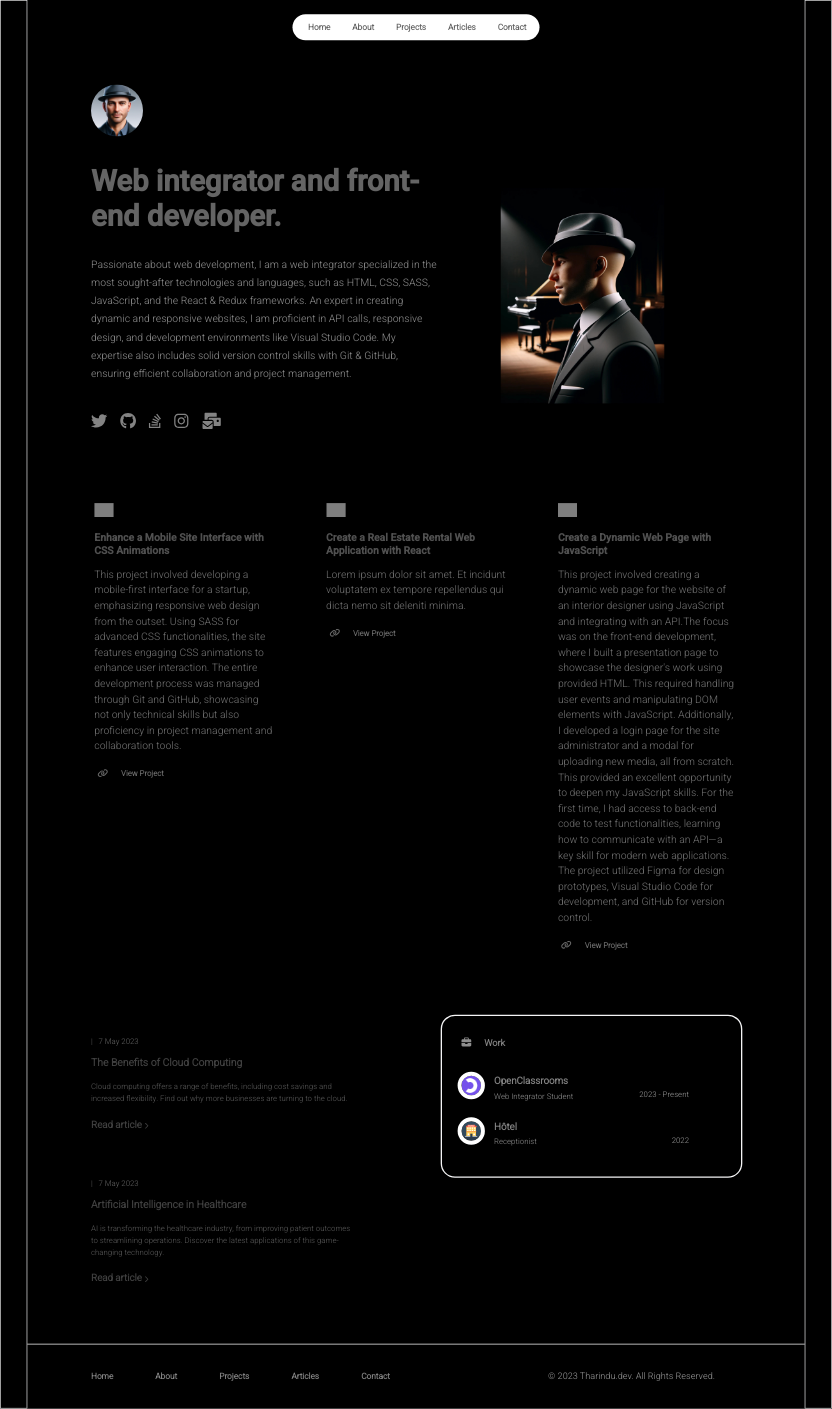
Repository: Dimple3377/reactfolio-master
Page: /
The author's editor kept a copy of each file at every save. The page is drawn from the files as they stood at one save, then again after a run of saves.
The browser window is 1280 px wide. The pictures show the whole page, at 65% of full size.
Pictures or frames that could not be fetched are drawn as grey boxes. The project was rebuilt for these pictures with package versions that can differ from the ones it lists, and the page was loaded fresh each time. Also part of the build but not shown: src/components/about/socials.jsx, src/pages/styles/about.css, src/pages/about.jsx, src/pages/styles/projects.css, src/pages/projects.jsx, src/components/articles/article.jsx, src/pages/styles/articles.css, src/pages/articles.jsx and 5 more.

Above is the page before, as saved 2024-04-25 03:48:32.

### src/data/styles.css
:root {
	/* ------- colors ------- */
	--primary-color: #646464;
	--secondary-color: #838383;
	--tertiary-color: #8d8d8d;
	--quaternary-color: #bbbbbb;
	--link-color: #646464;
	/* ---------------------- */

	/* ------- fonts ------- */
	--primary-font: "Heebo", sans-serif;
	--secondary-font: "Roboto", sans-serif;
	/* --------------------- */
}

### src/app.css
@import "/src/data/styles.css";

::-webkit-scrollbar {
	width: 10px;
}

::-webkit-scrollbar-track {
	background-color: #f1f1f1;
}

::-webkit-scrollbar-thumb {
	background-color: #383636;
	border-radius: 5px;
}

::-webkit-scrollbar-thumb:hover {
	background-color: rgb(0, 0, 0);
}

.page-content {
	background-color: black;
	position: relative;
}

.page-content:before,
.page-content:after {
	content: "";
	position: absolute;
	top: 0;
	bottom: 0;
	width: calc((100% - 1200px) / 2);
	background-color: black;
	border: 1px solid #f4f4f5;
}

.page-content:before {
	left: 0;
	z-index: 1;
}

.page-content:after {
	right: 0;
	z-index: 1;
}

.content-wrapper {
	max-width: 1000px;
	margin: 0 auto;
}

.title {
	color: var(--primary-color);
	font-family: var(--secondary-font);
	font-size: 45px;
	font-weight: 700;
	width: 70%;
}

.subtitle {
	padding-top: 10px;
	color: var(--secondary-color);
	font-size: 16px;
	line-height: 28px;
	width: 70%;
	margin-top: 25px;
}

.page-footer {
	position: block;
}

.page-footer::before {
	content: "";
	position: absolute;
	left: 0;
	right: 0;
	border-top: 2px solid var(--tertiary-color);
}

@media (max-width: 1270px) {
	.page-content:before,
	.page-content:after {
		width: calc((100% - 90%) / 2);
	}

	.content-wrapper {
		max-width: 90%;
		padding-left: 10%;
		padding-right: 10%;
	}
}

@media (max-width: 1024px) {
	.page-content:before,
	.page-content:after {
		width: calc((100% - 950px) / 2);
	}

	.content-wrapper {
		max-width: 980px;
	}
}

@media (max-width: 800px) {
	.content-wrapper {
		max-width: 90%;
		margin: 0 auto;
		padding: 0 10px;
	}

	.page-content:before,
	.page-content:after {
		display: none;
	}

	.title {
		width: 100%;
	}

	.subtitle {
		width: 100%;
	}
}

### src/components/common/footer.jsx
import React from "react";
import { Link } from "react-router-dom";

import "./styles/footer.css";

const Footer = () => {
	return (
		<React.Fragment>
			<div className="footer">
				<div className="footer-links">
					<ul className="footer-nav-link-list">
						<li className="footer-nav-link-item">
							<Link to="/">Home</Link>
						</li>
						<li className="footer-nav-link-item">
							<Link to="/about">About</Link>
						</li>
						<li className="footer-nav-link-item">
							<Link to="/projects">Projects</Link>
						</li>
						<li className="footer-nav-link-item">
							<Link to="/articles">Articles</Link>
						</li>
						<li className="footer-nav-link-item">
							<Link to="/contact">Contact</Link>
						</li>
					</ul>
				</div>

				<div className="footer-credits">
					<div className="footer-credits-text">
						© 2023 Tharindu.dev. All Rights Reserved.
					</div>
				</div>
			</div>
		</React.Fragment>
	);
};

export default Footer;

### src/components/common/navBar.jsx
import React from "react";
import { Link } from "react-router-dom";

import "./styles/navBar.css";

const NavBar = (props) => {
	const { active } = props;

	return (
		<React.Fragment>
			<div className="nav-container">
				<nav className="navbar">
					<div className="nav-background">
						<ul className="nav-list">
							<li
								className={
									active === "home"
										? "nav-item active"
										: "nav-item"
								}
							>
								<Link to="/">Home</Link>
							</li>
							<li
								className={
									active === "about"
										? "nav-item active"
										: "nav-item"
								}
							>
								<Link to="/about">About</Link>
							</li>
							<li
								className={
									active === "projects"
										? "nav-item active"
										: "nav-item"
								}
							>
								<Link to="/projects">Projects</Link>
							</li>
							<li
								className={
									active === "articles"
										? "nav-item active"
										: "nav-item"
								}
							>
								<Link to="/articles">Articles</Link>
							</li>
							<li
								className={
									active === "contact"
										? "nav-item active"
										: "nav-item"
								}
							>
								<Link to="/contact">Contact</Link>
							</li>
						</ul>
					</div>
				</nav>
			</div>
		</React.Fragment>
	);
};

export default NavBar;

### src/components/homepage/article.jsx
import React from "react";
import { Link } from "react-router-dom";

import { FontAwesomeIcon } from "@fortawesome/react-fontawesome";
import { faChevronRight } from "@fortawesome/free-solid-svg-icons";

import "./styles/article.css";

const Article = (props) => {
	const { title, description, date, link } = props;

	return (
		<React.Fragment>
			<div className="homepage-article">
				<div className="homepage-article-content">
					<div className="homepage-article-date">
						|&nbsp;&nbsp;&nbsp;{date}
					</div>
					<div className="homepage-article-title">{title}</div>
					<div className="homepage-article-description">
						{description}
					</div>
					<div className="homepage-article-link">
						<Link to={link}>
							Read article{" "}
							<FontAwesomeIcon
								style={{ fontSize: "10px" }}
								icon={faChevronRight}
							/>
						</Link>
					</div>
				</div>
			</div>
		</React.Fragment>
	);
};

export default Article;

### src/components/homepage/works.jsx
import React from "react";
import { faBriefcase } from "@fortawesome/free-solid-svg-icons";

import Card from "../common/card";

import "./styles/works.css";

const Works = () => {
	return (
		<div className="works">
			<Card
				icon={faBriefcase}
				title="Work"
				body={
					<div className="works-body">
						<div className="work">
							<img
								src="./OpenClassrooms.png"
								alt="OpenClassrooms"
								className="work-image"
							/>
							<div className="work-title">OpenClassrooms</div>
							<div className="work-subtitle">
								Web Integrator Student
							</div>
							<div className="work-duration">2023 - Present</div>
						</div>

						<div className="work">
							<img
								src="./hotel.png"
								alt="hotel"
								className="work-image"
							/>
							<div className="work-title">Hôtel</div>
							<div className="work-subtitle">Receptionist</div>
							<div className="work-duration">2022</div>
						</div>
					</div>
				}
			/>
		</div>
	);
};

export default Works;

### src/data/user.js
const INFO = {
	main: {
		title: "Portfolio by Dimple",
		name: "Joffrey",
		email: "joffran712@gmail.com",
		logo: "../logo.png",
	},

	socials: {
		twitter: "https://twitter.com/",
		github: "https://github.com/",
		linkedin: "https://linkedin.com/",
		instagram: "https://instagram.com/",
		stackoverflow: "https://stackoverflow.com/",
		facebook: "https://facebook.com/",
	},

	homepage: {
		title: "Web integrator  and front-end developer.",
		description:
			"Passionate about web development, I am a web integrator specialized in the most sought-after technologies and languages, such as HTML, CSS, SASS, JavaScript, and the React & Redux frameworks. An expert in creating dynamic and responsive websites, I am proficient in API calls, responsive design, and development environments like Visual Studio Code. My expertise also includes solid version control skills with Git & GitHub, ensuring efficient collaboration and project management.",
	},

	about: {
		title: "I’m Joffrey I live in Paris, where I design the future.",
		description:
			"Having recently completed my developer training, I've already engaged in various projects that I'm truly proud of. Many of these projects are open-source, offering an opportunity for others to explore, contribute, and enhance. If you're interested in my work, I encourage you to review the code and share any suggestions for improvement. I'm eager to collaborate and learn from feedback, as I believe it's a fantastic way to grow and refine my skills.",
	},

	articles: {
		title: "I'm passionate about pushing the boundaries of what's possible and inspiring the next generation of innovators.",
		description:
			"A chronological compilation of my detailed reflections on programming, leadership, product design, and beyond.",
	},

	projects: [
		{
			title: "Enhance a Mobile Site Interface with CSS Animations",
			description:
				"This project involved developing a mobile-first interface for a startup, emphasizing responsive web design from the outset. Using SASS for advanced CSS functionalities, the site features engaging CSS animations to enhance user interaction. The entire development process was managed through Git and GitHub, showcasing not only technical skills but also proficiency in project management and collaboration tools.",
			logo: "https://cdn.jsdelivr.net/npm/programming-languages-logos/src/html/html.png",
			linkText: "View Project",
			link: "https://dimple3377.github.io/OC-ohmyfood-project-4/",
		},
		{
			title: "Create a Real Estate Rental Web Application with React",
			description:
				"Lorem ipsum dolor sit amet. Et incidunt voluptatem ex tempore repellendus qui dicta nemo sit deleniti minima.",
			logo: "https://cdn.jsdelivr.net/npm/programming-languages-logos/src/javascript/javascript.png",
			linkText: "View Project",
			link: "https://github.com",
		},
		{
			title: "Create a Dynamic Web Page with JavaScript",
			description:
				"This project involved creating a dynamic web page for the website of an interior designer using JavaScript and integrating with an API.The focus was on the front-end development, where I built a presentation page to showcase the designer's work using provided HTML. This required handling user events and manipulating DOM elements with JavaScript. Additionally, I developed a login page for the site administrator and a modal for uploading new media, all from scratch. This provided an excellent opportunity to deepen my JavaScript skills. For the first time, I had access to back-end code to test functionalities, learning how to communicate with an API—a key skill for modern web applications. The project utilized Figma for design prototypes, Visual Studio Code for development, and GitHub for version control.",
			logo: "https://cdn.jsdelivr.net/npm/programming-languages-logos/src/javascript/javascript.png",
			linkText: "View Project",
			link: "https://github.com/Dimple3377/Portfolio-architecte-sophie-bluel-master",
		},
	],
};

export default INFO;

### src/pages/styles/homepage.css
@import "../../data/styles.css";

.homepage-logo-container {
	display: flex;
	justify-content: left;
	align-items: center;
	padding-top: 130px;
}

.homepage-container {
	padding-top: 25px;
}

.homepage-first-area {
	display: flex;
	justify-content: space-between;
	align-items: center;
}

.homepage-first-area-left-side {
	display: flex;
	flex-direction: column;
	align-items: flex-start;
}

.homepage-title {
	width: 85% !important;
}

.homepage-subtitle {
	width: 85% !important;
}

.homepage-first-area-right-side {
	display: flex;
	align-items: center;
}

.homepage-image-container {
	width: 370px;
	height: 370px;
}

.homepage-image-wrapper {
	overflow: hidden;
	border-radius: 10%;
}

.homepage-image-wrapper img {
	width: 68%;
}

.homepage-socials {
	display: flex;
	justify-content: left;
	align-items: center;
	padding-top: 30px;
}

.homepage-social-icon {
	padding-right: 20px;
	font-size: 25px;
	transition: color 0.2s ease-in-out;
	color: var(--secondary-color);
}

.homepage-social-icon:hover {
	color: var(--primary-color);
}

.homepage-after-title {
	display: flex;
}

.homepage-projects {
	flex-basis: 300px;
	padding-top: 40px;
}

.homepage-articles {
	flex-basis: 900px;
	padding-top: 30px;
	margin-left: -30px;
}

.homepage-article {
	padding-bottom: 5px;
}

.homepage-works {
	flex-basis: 600px;
	padding-top: 30px;
}

@media (max-width: 1024px) {
	.homepage-first-area {
		flex-direction: column;
	}

	.homepage-first-area-left-side {
		display: flex;
		flex-direction: column; /* Changed: set direction to column */
		align-items: flex-start;
		width: 100%;
		order: 2;
	}

	.homepage-title {
		width: 100% !important;
		margin-top: 20px;
		order: 2;
	}

	.homepage-subtitle {
		width: 100% !important;
		margin-top: 10px;
		order: 3;
	}

	.homepage-first-area-right-side {
		width: 100%;
		order: 1;
	}

	.homepage-image-container {
		padding-top: 50px;
		padding-bottom: 50px;
		margin-left: 10px;
		order: 1;
	}

	.homepage-after-title {
		flex-direction: column;
	}

	.homepage-projects {
		flex-basis: auto;
	}

	.homepage-articles {
		flex-basis: auto;
	}

	.homepage-works {
		flex-basis: auto;
		margin-left: -25px;
		margin-right: -25px;
	}
}

### src/pages/styles/readArticle.css
@import "../../data/styles.css";

.read-article-logo-container {
	display: flex;
	justify-content: left;
	padding-top: 25px;
}

.read-article-logo {
	display: flex;
	position: fixed;
	border: 1px solid white;
	border-radius: 50%;
	box-shadow: 0px 4px 10px rgba(0, 0, 0, 0.25);
	top: 4vh;
}

.read-article-container {
	display: flex;
	height: 100%;
	margin: 0;
	padding-top: 120px;
}

.read-article-back {
	padding-top: 68px;
	padding-right: 50px;
	width: 40px;
	height: 40px;
}

.read-article-back-button {
	width: 50px;
	border-radius: 50%;
	box-shadow: 0px 4px 10px rgba(0, 0, 0, 0.25);
}

.read-article-wrapper {
	width: 80%;
	padding-top: 30px;
}

.read-article-date-container {
	border-left: 2px solid var(--quaternary-color);
	color: var(--tertiary-color);
	font-size: 16 px;
	align-items: center;
	height: 22px;
}

.read-article-date {
	font-family: var(--primary-font);
	padding-left: 15px;
}

.read-article-title {
	padding-top: 50px;
	padding-bottom: 50px;
	width: 100% !important;
}

.read-article-body {
	padding-bottom: 50px;
	font-size: 16px;
	line-height: 30px;
	font-family: system-ui;
	color: #52525b;
}

### src/components/common/styles/footer.css
@import "../../../data/styles.css";

.footer {
	display: flex;
	padding-top: 25px;
	margin-top: 50px;
	padding-bottom: 25px;
	align-items: center;
}

.footer-links,
.footer-credits {
	flex-basis: 50%;
}

.footer-links {
	margin-left: -40px;
}

.footer-nav-link-list {
	display: flex;
	list-style: none;
	justify-content: space-between;
	align-items: center;
}

.footer-nav-link-item {
	font-weight: bold;
	font-size: 80%;
}

.footer-nav-link-list a {
	text-decoration: none;
	color: var(--secondary-color);
}

.footer-nav-link-list a:hover {
	color: var(--link-color);
}

.footer-credits-text {
	justify-content: flex-end;
	color: var(--tertiary-color);
	font-size: 14px;
	text-align: right;
}

@media (max-width: 600px) {
	.footer {
		flex-direction: column;
		height: 85px;
	}

	.footer-links {
		display: flex;
		width: 100%;
		justify-content: center;
	}

	.footer-nav-link-list {
		width: 100%;
	}
}

### src/components/common/styles/navBar.css
@import "../../../data/styles.css";

.nav-container {
	margin: 0;
	display: flex;
	justify-content: center;
	align-items: center;
}

.navbar {
	display: flex;
	justify-content: center;
	align-items: center;
	position: fixed;
	top: 3vh;
	z-index: 999;
}

.nav-background {
	width: 380px;
	height: 40px;
	padding-left: 0%;
	padding-right: 0%;
	background: #fff;
	box-shadow: 0px 2px 10px rgba(0, 0, 0, 0.1);
	border-radius: 40px;
}

.nav-list {
	display: flex;
	justify-content: space-between;
	list-style: none;
	align-items: center;
	margin-left: -16px;
	margin-right: 20px;
	margin-top: 11px;
}

.nav-item {
	font-weight: bold;
	font-size: 80%;
}

.nav-item.active a {
	color: var(--link-color) !important;
}

.nav-item a {
	text-decoration: none;
	color: var(--primary-color);
}

.nav-item a:hover {
	color: var(--link-color);
	transition: color 0.3s ease-in-out;
}

@media (max-width: 600px) {
	.navbar {
		margin-left: 25%;
		margin-right: 25%;
		width: 80%;
		font-size: 80%;
	}

	.nav-background {
		width: 80%;
		height: 40px;
	}

	.nav-item {
		font-weight: bold;
	}
}

### src/components/homepage/styles/article.css
@import "../../../data/styles.css";

.homepage-article {
	width: 90%;
	mix-blend-mode: normal;
	border-radius: 20px;
	opacity: 0.8;
}

.homepage-article:hover {
	background: #fafafa;
	opacity: 1;
	transition: background-color 0.3s ease-in-out;
}

.homepage-article-content {
	padding: 30px;
}

.homepage-article-date {
	opacity: 1;
	color: var(--tertiary-color);
	font-size: 12px;
	margin-bottom: 1em;
}

.homepage-article-title {
	opacity: 1;
	color: var(--primary-color);
	font-size: 16px;
	margin-bottom: 1em;
	font-weight: 700;
}

.homepage-article-description {
	opacity: 1;
	color: var(--secondary-color);
	font-size: 12px;
	line-height: 1.5;
}

.homepage-article-link {
	opacity: 1;
	padding-top: 20px;
	font-size: 15px;
	font-weight: 700;
}

.homepage-article-link a {
	color: var(--link-color);
	text-decoration: none;
}

@media (max-width: 600px) {
	.homepage-article {
		width: 100%;
	}
}

### src/components/projects/project.jsx
import React from "react";
import { Link } from "react-router-dom";
import { FontAwesomeIcon } from "@fortawesome/react-fontawesome";
import { faLink } from "@fortawesome/free-solid-svg-icons";

import "./styles/project.css";

const Project = (props) => {
	const { logo, title, description, linkText, link } = props;

	return (
		<React.Fragment>
			<div className="project">
				<Link to={link}>
					<div className="project-container">
						<div className="project-logo">
							<img src={logo} alt="logo" />
						</div>
						<div className="project-title">{title}</div>
						<div className="project-description">{description}</div>
						<div className="project-link">
							<div className="project-link-icon">
								<FontAwesomeIcon icon={faLink} />
							</div>

							<div className="project-link-text">{linkText}</div>
						</div>
					</div>
				</Link>
			</div>
		</React.Fragment>
	);
};

export default Project;

### src/components/articles/style/article.css
@import "../../../data/styles.css";

.article {
	display: flex;
}

.article a {
	text-decoration: none;
}

.article-left-side {
	min-width: 20%;
	max-width: 20%;
}

.article-right-side {
	flex-basis: 80%;
	min-width: 700px;
	mix-blend-mode: normal;
	border-radius: 20px;
	opacity: 0.8;
	padding: 30px;
}

.article-right-side:hover {
	background: #fafafa;
	opacity: 1;
	transition: background-color 0.3s ease-in-out;
}

.article-date {
	padding-top: 30px;
	font-size: 15px;
	color: var(--tertiary-color);
}

.article-title {
	color: #000000;
	font-size: 16px;
	font-weight: 600;
}

.article-description {
	padding-top: 10px;
	font-size: 12px;
	color: var(--secondary-color);
	font-weight: 480;
	line-height: 25px;
}

.article-link {
	padding-top: 10px;
	font-size: 14px;
	color: var(--link-color);
	font-weight: 700;
}

@media (max-width: 1024px) {
	.article-left-side {
		min-width: 10%;
		max-width: 10%;
	}

	.article-right-side {
		flex-basis: 90%;
		min-width: 85%;
		max-width: 85%;
	}
}

### src/components/projects/styles/project.css
@import "../../../data/styles.css";

.project {
	mix-blend-mode: normal;
	border-radius: 20px;
	opacity: 0.8;
	height: 100%;
}

.project a {
	text-decoration: none;
}

.project:hover {
	background: #fafafa;
	opacity: 1;
	transition: background-color 0.3s ease-in-out;
}

.project:hover .project-link {
	color: var(--link-color);
	transition: color 0.3s ease-in-out;
}

.project-container {
	padding: 30px;
}

.project-logo {
	width: 30px;
}

.project-logo img {
	width: 100%;
}

.project-title {
	font-family: var(--secondary-font);
	color: var(--primary-color);
	font-size: 16px;
	padding-top: 15px;
	margin-bottom: 1em;
	font-weight: 700;
}

.project-description {
	color: var(--secondary-color);
}

.project-link {
	display: flex;
	align-items: center;
	color: var(--secondary-color);
	font-size: 12px;
	padding-top: 20px;
}

.project-link-icon {
	padding-left: 5px;
	font-size: 13px;
}

.project-link-text {
	padding-left: 20px;
	font-weight: 700;
}

@media (max-width: 600px) {
	.project {
		height: 300px;
	}
}

Loaded but not shown: public/index.html (common file); src/index.js (common file); src/index.css (common file); src/App.js (common file); src/reportWebVitals.js (common file); src/data/tracking.js (common file); src/components/common/logo.jsx (common file); src/components/projects/allProjects.jsx (common file); src/components/common/styles/logo.css (common file); src/components/common/card.jsx (common file); src/components/homepage/styles/works.css (common file); src/components/projects/styles/allProjects.css (common file); src/components/about/styles/socials.css (common file); src/components/common/styles/card.css (common file); src/data/articles.js (65 lines, source omitted); src/data/seo.js (38 lines, source omitted); src/pages/homepage.jsx (206 lines, source omitted)

After the next 2 saves:
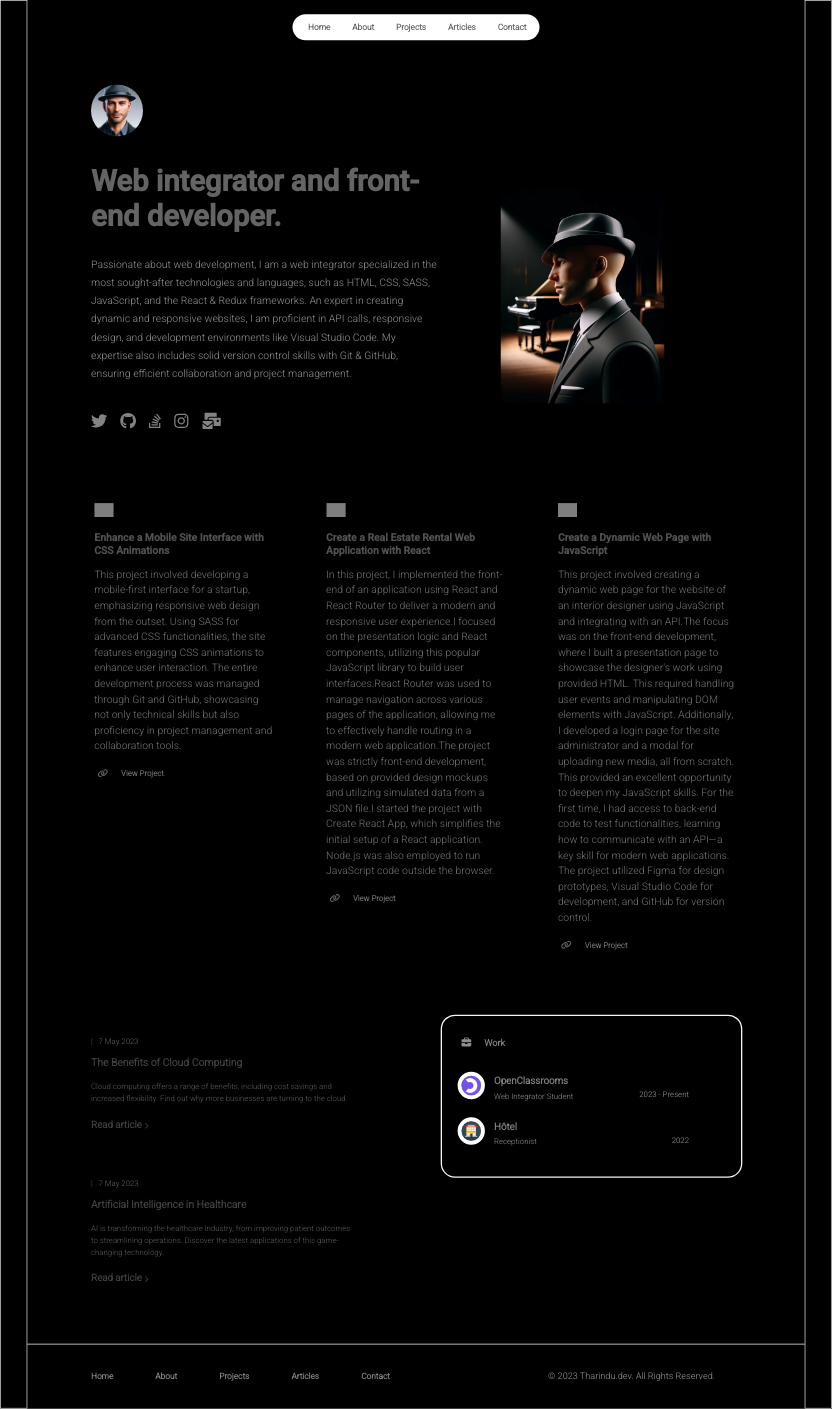
The 2 saves are shown as one change because 1 did not build or start.
The last was saved 113 s later.
--- a/src/data/user.js
+++ b/src/data/user.js
@@ -45,7 +45,7 @@ const INFO = {
 		{
 			title: "Create a Real Estate Rental Web Application with React",
 			description:
-				"Lorem ipsum dolor sit amet. Et incidunt voluptatem ex tempore repellendus qui dicta nemo sit deleniti minima.",
+				"In this project, I implemented the front-end of an application using React and React Router to deliver a modern and responsive user experience.I focused on the presentation logic and React components, utilizing this popular JavaScript library to build user interfaces.React Router was used to manage navigation across various pages of the application, allowing me to effectively handle routing in a modern web application.The project was strictly front-end development, based on provided design mockups and utilizing simulated data from a JSON file.I started the project with Create React App, which simplifies the initial setup of a React application. Node.js was also employed to run JavaScript code outside the browser.",
 			logo: "https://cdn.jsdelivr.net/npm/programming-languages-logos/src/javascript/javascript.png",
 			linkText: "View Project",
 			link: "https://github.com",
